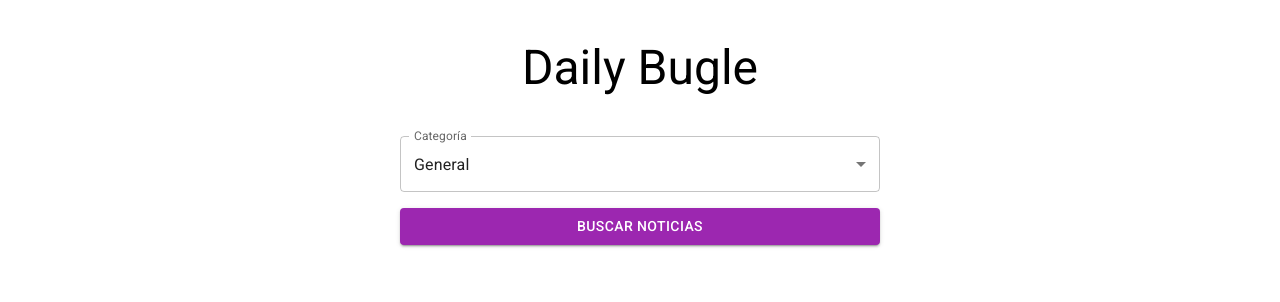
Repository: CarlosCamposRodriguez99/noticiasApp
Page: /
An editor plug-in stored every save of this project. The page is shown before and after a run of saves, followed by the edit.
The browser window is 1280 px wide. The pictures show the whole page.
The page's requests for data from a server got no answer. Some web fonts or font styles are not loaded; a fallback is used. The project was rebuilt for these pictures with package versions that can differ from the ones it lists, and the page was loaded fresh each time. No one was signed in, and anything a server would have sent is missing. Also part of the build but not shown: vite.config.js.

Above is the page before, as saved 2022-06-07 20:32:27.

### index.html
<!DOCTYPE html>
<html lang="en">
  <head>
    <meta charset="UTF-8" />
    <link rel="icon" type="image/svg+xml" href="/src/favicon.svg" />
    <meta name="viewport" content="width=device-width, initial-scale=1.0" />
    <title>Buscador de Noticias</title>
    <link rel="preconnect" href="https://fonts.googleapis.com">
    <link rel="preconnect" href="https://fonts.gstatic.com" crossorigin>
    <link href="https://fonts.googleapis.com/css2?family=Joan&family=Roboto:wght@300;400;500;700&display=swap" rel="stylesheet">
  </head>
  <body>
    <div id="root"></div>
    <script type="module" src="/src/main.jsx"></script>
  </body>
</html>

### src/App.jsx
import { Container, Grid, Typography } from '@mui/material';
import Formulario from './components/Formulario';
import ListadoNoticias from './components/ListadoNoticias';
import { NoticiasProvider } from './context/NoticiasProvider';

function App() {

  return (
    <NoticiasProvider>
      <Container>
          <header>
            <Typography
              align="center"
              marginY={5}
              component='h1'
              variant='h3'
            >
              Daily Bugle
            </Typography>
          </header>

        <Grid
          container
          direction='row'
          justifyContent='center'
          alignItems='center'
        >
          <Grid item md={6} xs={12} lg={5}>
            <Formulario />

          </Grid>
        </Grid>

        <ListadoNoticias/>

      </Container>
    </NoticiasProvider>
  )
}

export default App

### src/components/Formulario.jsx
import { FormControl, InputLabel, Select, MenuItem, Button, Box} from '@mui/material';
import useNoticias from '../context/useNoticias';

const CATEGORIAS = [
  { value: 'general', label: 'General'},
  { value: 'business', label: 'Negocios'},
  { value: 'entertainment', label: 'Entretenimiento'},
  { value: 'health', label: 'Salud'},
  { value: 'science', label: 'Ciencia'},
  { value: 'sports', label: 'Deportes'},
  { value: 'technology', label: 'Tecnología'},
]

const Formulario = () => {

  const {categoria, handleChangeCategoria} = useNoticias();

  return (
    <form>
      <FormControl fullWidth>
        <InputLabel>Categoría</InputLabel>
        <Select
          label="categoria"
          onChange={handleChangeCategoria}
          value={categoria}
        >
          {CATEGORIAS.map(categoria => (
            <MenuItem
              key={categoria.value}
              value={categoria.value}
            >
              {categoria.label}
            </MenuItem>
          ))}

        </Select>

        <Box
          sx={{marginTop: 2}}
        >
          <Button
            fullWidth
            variant='contained'
            color='secondary'
          >
            Buscar Noticias
          </Button>
        </Box>

      </FormControl>
    </form>
  )
}

export default Formulario

### src/components/ListadoNoticias.jsx
import Grid from '@mui/material/Grid';
import Typography from '@mui/material/Typography';

const ListadoNoticias = () => {
  return (
    <>
        <Typography>

        </Typography>
    </>
  )
}

export default ListadoNoticias;

### src/context/NoticiasProvider.jsx
import { useState, useEffect, createContext }from 'react';
import axios from 'axios';


const NoticiasContext = createContext()

const NoticiasProvider = ({children}) => {

  const [categoria, setCategoria] = useState('general');
  const [noticias, setNoticias] = useState([]);

  const handleChangeCategoria = e => {
    setCategoria(e.target.value)
  }

  useEffect(() => {
    const consultarAPI = async () => {
      const url = `https://newsapi.org/v2/top-headlines?country=mx&category=${categoria}&apiKey=${import.meta.env.VITE_API_KEY}`;

      const { data } = await axios(url);

      setNoticias(data.articles);

    }
    consultarAPI();

  }, [categoria])


  return (
    <NoticiasContext.Provider
      value={{
        categoria,
        handleChangeCategoria

      }}
    >
        {children}

    </NoticiasContext.Provider>
  )
}

export {
  NoticiasProvider
}

export default NoticiasContext;

### src/context/useNoticias.jsx
import { useContext }from 'react';
import NoticiasContext from '../context/NoticiasProvider';

const useNoticias = () => {
  return useContext(NoticiasContext)
}

export default useNoticias;

Loaded but not shown: src/main.jsx (common file)

After the next 2 saves:
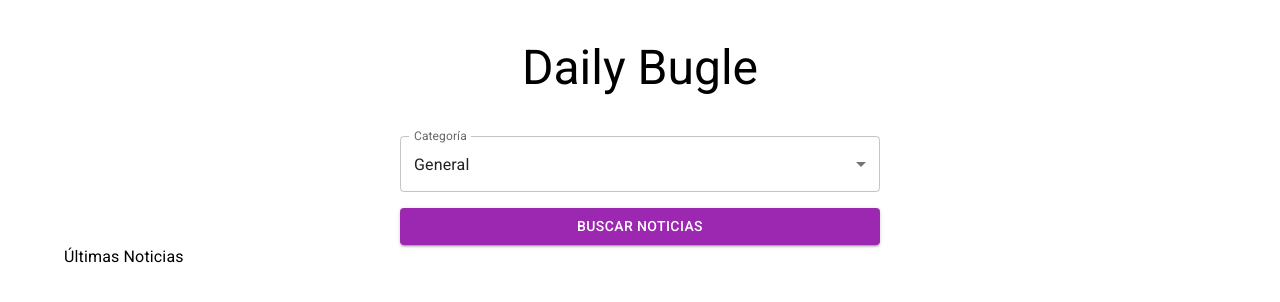
The 2 saves are shown as one change because they came seconds apart.
The last was saved 22 s later.
--- a/src/components/ListadoNoticias.jsx
+++ b/src/components/ListadoNoticias.jsx
@@ -5,7 +5,7 @@
   return (
     <>
         <Typography>
-
+          Últimas Noticias
         </Typography>
     </>
   )
